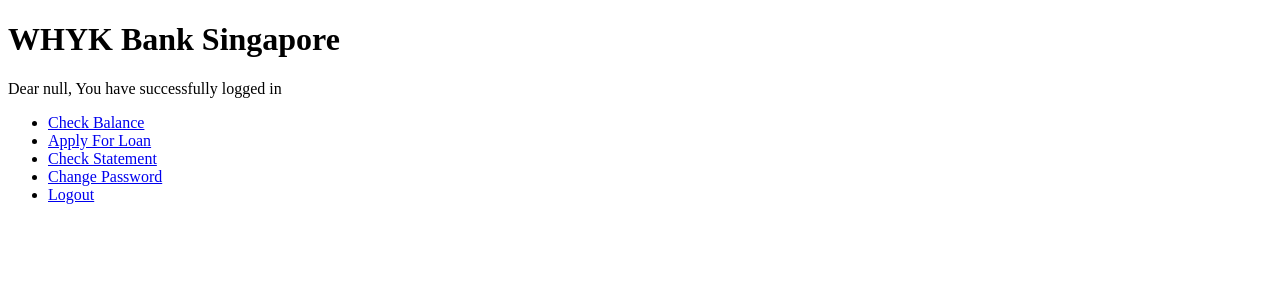
Repository: LingWenXing/java-fundamentals
Page: http://localhost/BankApplicationSystem/loginPageSuccess.jsp
These files come from the project's save history. The page is drawn as it stood at one moment and after the next save; the edit follows.
The browser window is 1280 px wide. The pictures show the whole page.
The page is served by Tomcat 9. Other server files are loaded and not shown.

Above is the page before, as saved 2022-04-15 06:55:45.

### BankApplicationSystem/src/main/webapp/loginPageSuccess.jsp
<%@ page language="java" contentType="text/html; charset=ISO-8859-1"
    pageEncoding="ISO-8859-1"%>
<!DOCTYPE html>
<html>
<head>
<meta charset="ISO-8859-1">
<title>WHYK Bank | Singapore</title>
</head>
<body>
	<header>
		<div>
			<div>
				<h1>WHYK Bank Singapore</h1>
			</div>
			Dear <%out.print(session.getAttribute("name"));%>, You have successfully logged in<br>
			<nav>
				<ul>
					<li><a href="/BankApplicationSystem/checkBalance.html">Check Balance</a></li>
					<li><a href="/BankApplicationSystem/applyForLoan.html">Apply For Loan</a></li>
					<li><a href="/BankApplicationSystem/checkStatement.html">Check Statement</a></li>
					<li><a href="/BankApplicationSystem/changePassword.html">Change Password</a></li>
					<li><a href="/BankApplicationSystem/Logout">Logout</a></li>
				</ul>
			</nav>
		</div>
	</header>
</body>
</html>

After the next save:
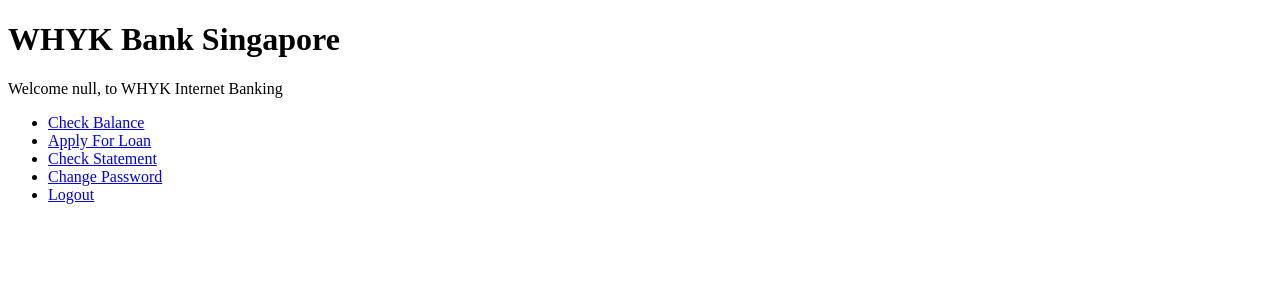
Saved 91 s later.
--- a/BankApplicationSystem/src/main/webapp/loginPageSuccess.jsp
+++ b/BankApplicationSystem/src/main/webapp/loginPageSuccess.jsp
@@ -12,7 +12,7 @@
 			<div>
 				<h1>WHYK Bank Singapore</h1>
 			</div>
-			Dear <%out.print(session.getAttribute("name"));%>, You have successfully logged in<br>
+			Welcome <%out.print(session.getAttribute("name"));%>, to WHYK Internet Banking<br>
 			<nav>
 				<ul>
 					<li><a href="/BankApplicationSystem/checkBalance.html">Check Balance</a></li>
